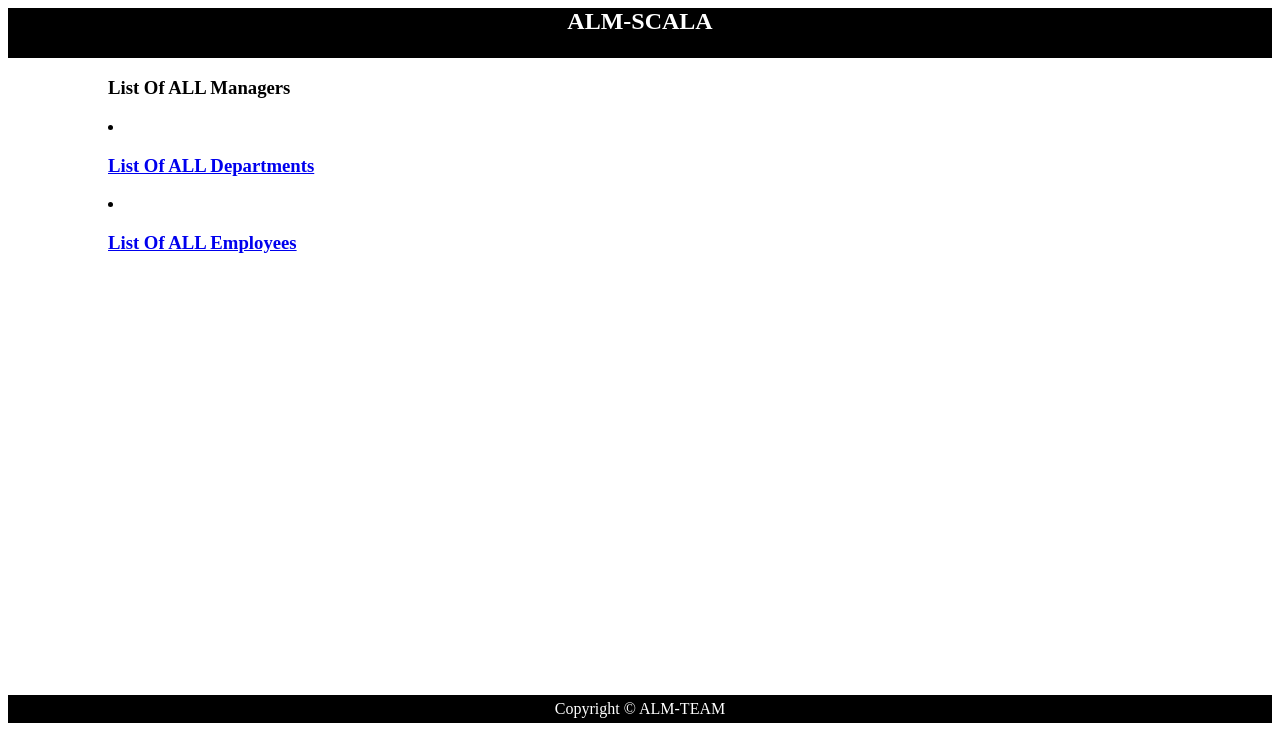
Repository: sumitkum200690/PLAY_SLICK
Page: Play_DB/app/views/index.scala.html
An editor plug-in stored every save of this project. The page is shown before and after the next save, followed by the edit.
The browser window is 1280 px wide. The pictures show the whole page.

Above is the page before, as saved 2015-09-25 10:40:18.

### Play_DB/app/views/index.scala.html






<head>
<style>

#maindiv{
	height:100%;
	width:100%;

}

#header{
	height:7%;
	width:100%;
	background-color:black;
	color:white;
	text-align:center;


}


#d3{
	height:93%;
	width:100%;
	float:left;
}

#content{
	height:95%;
	width:100%;

}

#list{
	height:100%;
	width:90%;
	float:left;
	background-color:white;
}

#home{
	height:100%;
	width:10%;
	float:left;
	background-color:#eeeeee;
}

#footer{
	height:5%;
	width:100%;
	background-color:black;
	color:white;
}

#header2 {
    background-color:black;
    color:white;
    text-align:center;
    padding:5px;
}

#section {
    width:100%;
    float:left;
    padding:10px;
     height: 100%;
     background-color:blue;
}

#section2 {
    width:100%;
    float:left;
    padding:10px;
     height: 100%;
}

#footer2 {
    background-color:black;
    color:white;
    clear:both;
    text-align:center;
   padding:5px;

   margin-bottom: 1px;
}




</style>


</head>








<body style="height: 100%; background-color:white" >

<div id="maindiv">

	<div id="header">

	<h2>ALM-SCALA</h2>
	</div>

	<div id="d3">

		<div id="content">

			<div id="list" style="margin-left:100px;>


<ul>
	 <li><a href="@routes.Application.allManagers"><h3><b>List Of ALL Managers</b></h3></a></li>
	 <li><a href="@routes.Application.allDepartments"><h3><b>List Of ALL Departments</b></h3></a></li>
	 <li><a href="@routes.Application.allEmployees"><h3><b>List Of ALL Employees</b></h3></a></li>
</ul>


			</div>



		<div id="footer2">
		Copyright © ALM-TEAM
		</div>

	</div>

</div>

After the next save:
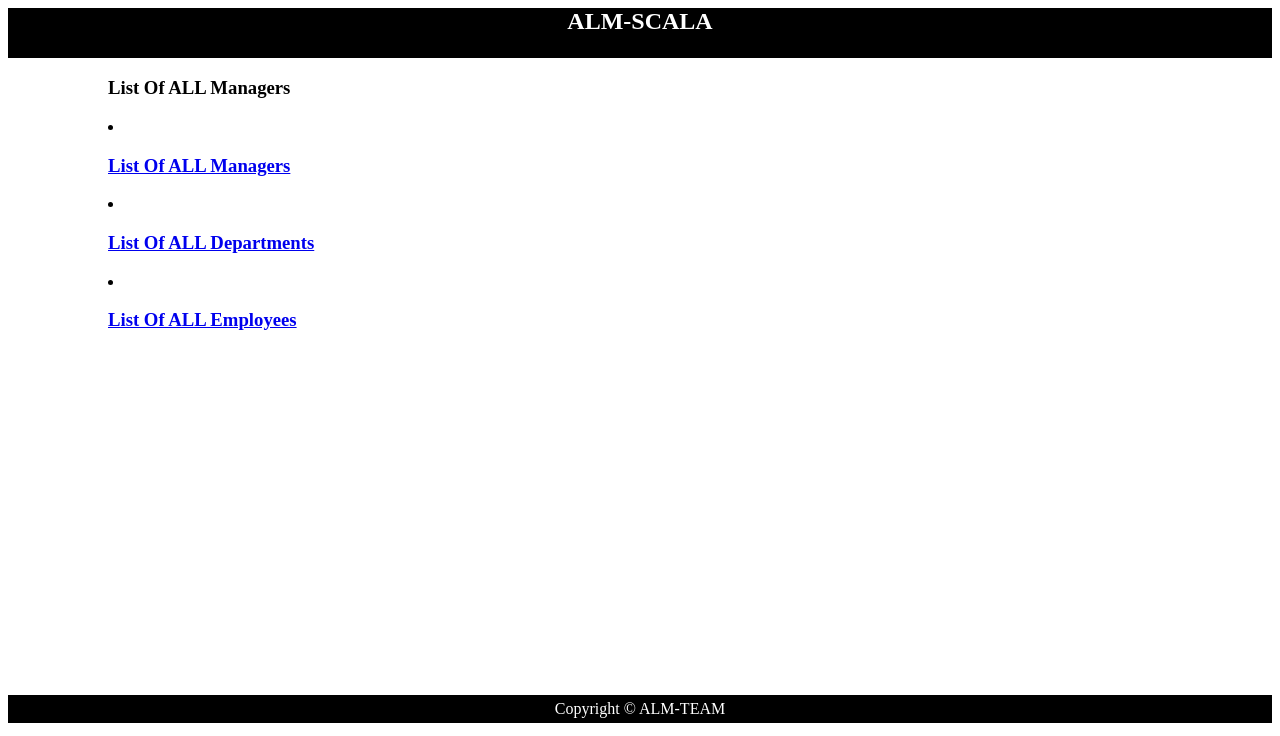
Saved 103 s later.
--- a/Play_DB/app/views/index.scala.html
+++ b/Play_DB/app/views/index.scala.html
@@ -122,6 +122,8 @@
 
 <ul>
 	 <li><a href="@routes.Application.allManagers"><h3><b>List Of ALL Managers</b></h3></a></li>
+	 	 <li><a href="@routes.Application.allManagers"><h3><b>List Of ALL Managers</b></h3></a></li>
+
 	 <li><a href="@routes.Application.allDepartments"><h3><b>List Of ALL Departments</b></h3></a></li>
 	 <li><a href="@routes.Application.allEmployees"><h3><b>List Of ALL Employees</b></h3></a></li>
 </ul>
@@ -138,3 +140,7 @@
 	</div>
 
 </div>
+
+
+
+</div>

After the save that followed:
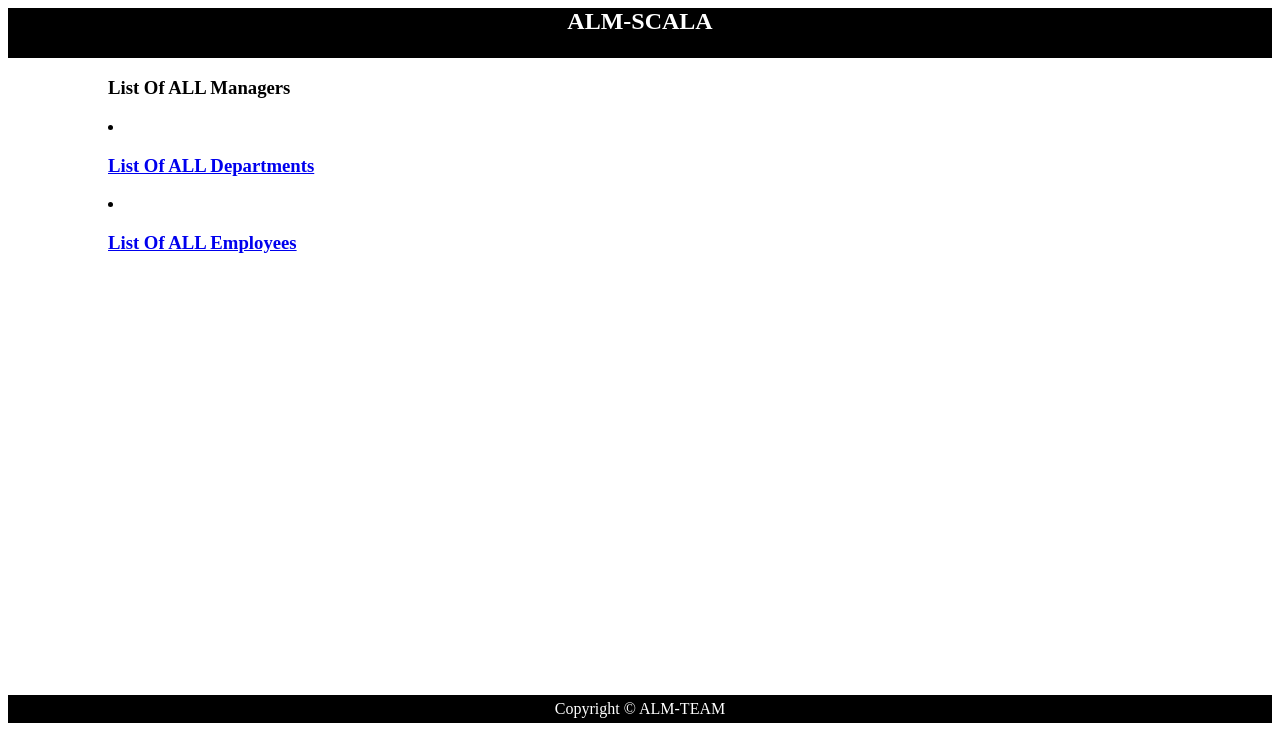
Saved 14 s later.
--- a/Play_DB/app/views/index.scala.html
+++ b/Play_DB/app/views/index.scala.html
@@ -121,7 +121,7 @@
 
 
 <ul>
-	 <li><a href="@routes.Application.allManagers"><h3><b>List Of ALL Managers</b></h3></a></li>
+
 	 	 <li><a href="@routes.Application.allManagers"><h3><b>List Of ALL Managers</b></h3></a></li>
 
 	 <li><a href="@routes.Application.allDepartments"><h3><b>List Of ALL Departments</b></h3></a></li>
